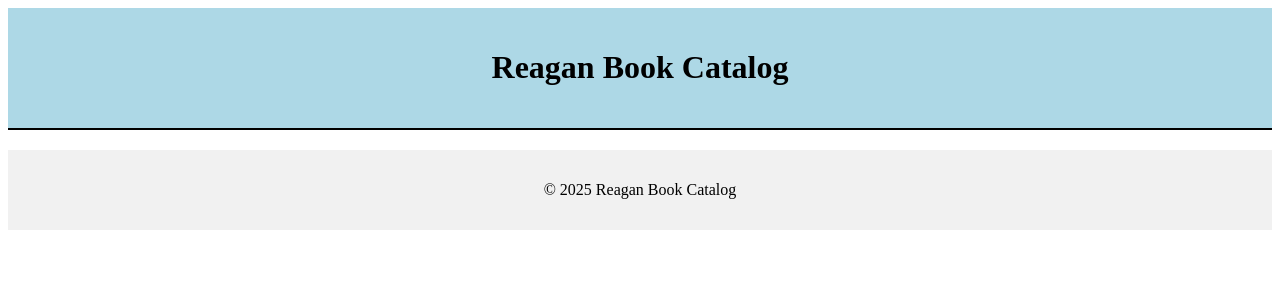
Repository: antyc0817/COMP-3170-Assignment-2-Reagan
Page: /
An editor plug-in stored every save of this project. The page is shown before and after the next save, followed by the edit.
The browser window is 1280 px wide. The pictures show the whole page.
The project was rebuilt for these pictures with package versions that can differ from the ones it lists, and the page was loaded fresh each time. Also part of the build but not shown: vite.config.js, src/index.css.

Above is the page before, as saved 2025-09-09 17:15:42.

After the next save:
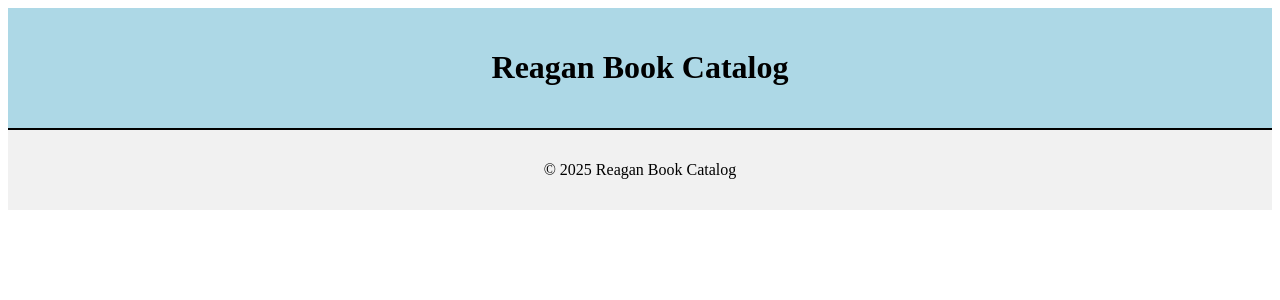
Saved 2 min 59 s later.
--- a/src/App.css
+++ b/src/App.css
@@ -9,5 +9,5 @@ footer {
     text-align: center;
     padding: 15px;
     background-color: #f1f1f1;
-    margin-top: 20px;
+    margin-top: auto;
 }
